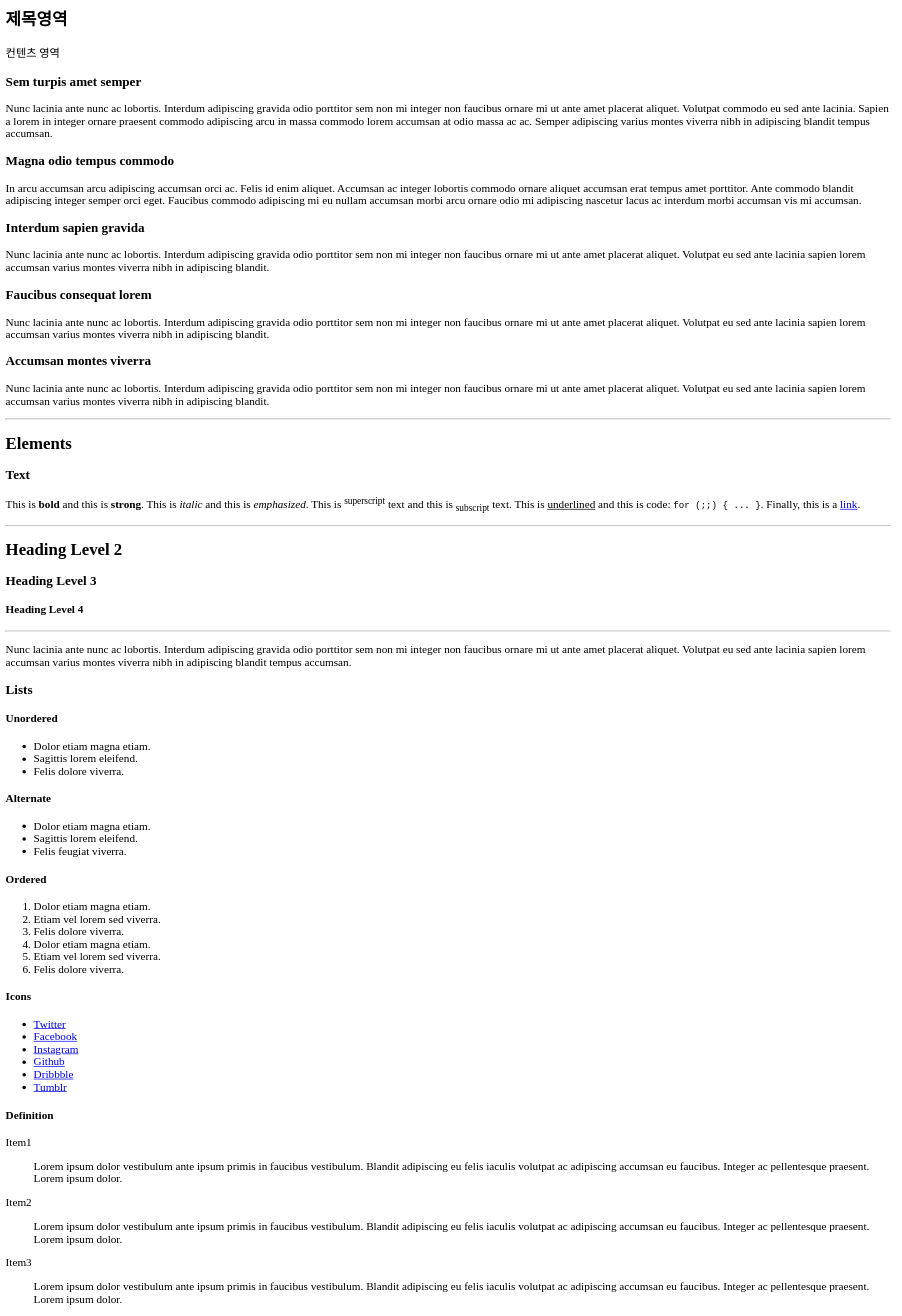
Repository: noCountJun/blog
Page: http://localhost/blogProject2/WEB-INF/views/board/boardDetail.jsp
The author's editor kept a copy of each file at every save. The page is drawn from the files as they stood at one save, then again after the next save.
The browser window is 1280 px wide. The page is 1288 px wide, so the pictures cover 1288 px, including what lies to the right of the window. The pictures show the part of the page from y = 0 to 1880 px (the page is 7660 px tall before and 7579 px after), at 70% of full size.
The page is served by Tomcat 9. Nobody is signed in. Other server files are loaded and not shown. The template is opened directly, without the code that normally fills it, so the values that code supplies are empty.

Above is the page before, as saved 2019-08-23 07:50:26.

### blogProject2/src/main/webapp/WEB-INF/views/board/boardDetail.jsp
<%@ page contentType="text/html; charset=utf-8" pageEncoding="utf-8"%>
<%@ taglib uri="http://java.sun.com/jsp/jstl/core" prefix="c" %>
<%@ page session="false" %>

<!-- Content -->
<section>

	<!-- Content -->
		<h2 id="content">제목영역</h2>

		<div class="box">
				컨텐츠 영역
		</div>

		<p/>

		<div class="row">
			<div class="col-6 col-12-small">
				<h3>Sem turpis amet semper</h3>
				<p>Nunc lacinia ante nunc ac lobortis. Interdum adipiscing gravida odio porttitor sem non mi integer non faucibus ornare mi ut ante amet placerat aliquet. Volutpat commodo eu sed ante lacinia. Sapien a lorem in integer ornare praesent commodo adipiscing arcu in massa commodo lorem accumsan at odio massa ac ac. Semper adipiscing varius montes viverra nibh in adipiscing blandit tempus accumsan.</p>
			</div>
			<div class="col-6 col-12-small">
				<h3>Magna odio tempus commodo</h3>
				<p>In arcu accumsan arcu adipiscing accumsan orci ac. Felis id enim aliquet. Accumsan ac integer lobortis commodo ornare aliquet accumsan erat tempus amet porttitor. Ante commodo blandit adipiscing integer semper orci eget. Faucibus commodo adipiscing mi eu nullam accumsan morbi arcu ornare odio mi adipiscing nascetur lacus ac interdum morbi accumsan vis mi accumsan.</p>
			</div>
			<!-- Break -->
			<div class="col-4 col-12-medium">
				<h3>Interdum sapien gravida</h3>
				<p>Nunc lacinia ante nunc ac lobortis. Interdum adipiscing gravida odio porttitor sem non mi integer non faucibus ornare mi ut ante amet placerat aliquet. Volutpat eu sed ante lacinia sapien lorem accumsan varius montes viverra nibh in adipiscing blandit.</p>
			</div>
			<div class="col-4 col-12-medium">
				<h3>Faucibus consequat lorem</h3>
				<p>Nunc lacinia ante nunc ac lobortis. Interdum adipiscing gravida odio porttitor sem non mi integer non faucibus ornare mi ut ante amet placerat aliquet. Volutpat eu sed ante lacinia sapien lorem accumsan varius montes viverra nibh in adipiscing blandit.</p>
			</div>
			<div class="col-4 col-12-medium">
				<h3>Accumsan montes viverra</h3>
				<p>Nunc lacinia ante nunc ac lobortis. Interdum adipiscing gravida odio porttitor sem non mi integer non faucibus ornare mi ut ante amet placerat aliquet. Volutpat eu sed ante lacinia sapien lorem accumsan varius montes viverra nibh in adipiscing blandit.</p>
			</div>
		</div>

	<hr class="major" />

	<!-- Elements -->
		<h2 id="elements">Elements</h2>
		<div class="row gtr-200">
			<div class="col-6 col-12-medium">

				<!-- Text stuff -->
					<h3>Text</h3>
					<p>This is <b>bold</b> and this is <strong>strong</strong>. This is <i>italic</i> and this is <em>emphasized</em>.
					This is <sup>superscript</sup> text and this is <sub>subscript</sub> text.
					This is <u>underlined</u> and this is code: <code>for (;;) { ... }</code>.
					Finally, this is a <a href="#">link</a>.</p>
					<hr />
					<h2>Heading Level 2</h2>
					<h3>Heading Level 3</h3>
					<h4>Heading Level 4</h4>
					<hr />
					<p>Nunc lacinia ante nunc ac lobortis. Interdum adipiscing gravida odio porttitor sem non mi integer non faucibus ornare mi ut ante amet placerat aliquet. Volutpat eu sed ante lacinia sapien lorem accumsan varius montes viverra nibh in adipiscing blandit tempus accumsan.</p>

				<!-- Lists -->
					<h3>Lists</h3>
					<div class="row">
						<div class="col-6 col-12-small">

							<h4>Unordered</h4>
							<ul>
								<li>Dolor etiam magna etiam.</li>
								<li>Sagittis lorem eleifend.</li>
								<li>Felis dolore viverra.</li>
							</ul>

							<h4>Alternate</h4>
							<ul class="alt">
								<li>Dolor etiam magna etiam.</li>
								<li>Sagittis lorem eleifend.</li>
								<li>Felis feugiat viverra.</li>
							</ul>

						</div>
						<div class="col-6 col-12-small">

							<h4>Ordered</h4>
							<ol>
								<li>Dolor etiam magna etiam.</li>
								<li>Etiam vel lorem sed viverra.</li>
								<li>Felis dolore viverra.</li>
								<li>Dolor etiam magna etiam.</li>
								<li>Etiam vel lorem sed viverra.</li>
								<li>Felis dolore viverra.</li>
							</ol>

							<h4>Icons</h4>
							<ul class="icons">
								<li><a href="#" class="icon brands fa-twitter"><span class="label">Twitter</span></a></li>
								<li><a href="#" class="icon brands fa-facebook-f"><span class="label">Facebook</span></a></li>
								<li><a href="#" class="icon brands fa-instagram"><span class="label">Instagram</span></a></li>
								<li><a href="#" class="icon brands fa-github"><span class="label">Github</span></a></li>
								<li><a href="#" class="icon brands fa-dribbble"><span class="label">Dribbble</span></a></li>
								<li><a href="#" class="icon brands fa-tumblr"><span class="label">Tumblr</span></a></li>
							</ul>

						</div>
					</div>
					<h4>Definition</h4>
					<dl>
						<dt>Item1</dt>
						<dd>
							<p>Lorem ipsum dolor vestibulum ante ipsum primis in faucibus vestibulum. Blandit adipiscing eu felis iaculis volutpat ac adipiscing accumsan eu faucibus. Integer ac pellentesque praesent. Lorem ipsum dolor.</p>
						</dd>
						<dt>Item2</dt>
						<dd>
							<p>Lorem ipsum dolor vestibulum ante ipsum primis in faucibus vestibulum. Blandit adipiscing eu felis iaculis volutpat ac adipiscing accumsan eu faucibus. Integer ac pellentesque praesent. Lorem ipsum dolor.</p>
						</dd>
						<dt>Item3</dt>
						<dd>
							<p>Lorem ipsum dolor vestibulum ante ipsum primis in faucibus vestibulum. Blandit adipiscing eu felis iaculis volutpat ac adipiscing accumsan eu faucibus. Integer ac pellentesque praesent. Lorem ipsum dolor.</p>
						</dd>
					</dl>

					<h4>Actions</h4>
					<ul class="actions">
						<li><a href="#" class="button primary">Default</a></li>
						<li><a href="#" class="button">Default</a></li>
					</ul>
					<ul class="actions small">
						<li><a href="#" class="button primary small">Small</a></li>
						<li><a href="#" class="button small">Small</a></li>
					</ul>
					<div class="row">
						<div class="col-6 col-12-small">
							<ul class="actions stacked">
								<li><a href="#" class="button primary">Default</a></li>
								<li><a href="#" class="button">Default</a></li>
							</ul>
						</div>
						<div class="col-6 col-12-small">
							<ul class="actions stacked">
								<li><a href="#" class="button primary small">Small</a></li>
								<li><a href="#" class="button small">Small</a></li>
							</ul>
						</div>
						<div class="col-6 col-12-small">
							<ul class="actions stacked">
								<li><a href="#" class="button primary fit">Default</a></li>
								<li><a href="#" class="button fit">Default</a></li>
							</ul>
						</div>
						<div class="col-6 col-12-small">
							<ul class="actions stacked">
								<li><a href="#" class="button primary small fit">Small</a></li>
								<li><a href="#" class="button small fit">Small</a></li>
							</ul>
						</div>
					</div>

					<h4>Pagination</h4>
					<ul class="pagination">
						<li><span class="button disabled">Prev</span></li>
						<li><a href="#" class="page active">1</a></li>
						<li><a href="#" class="page">2</a></li>
						<li><a href="#" class="page">3</a></li>
						<li><span>&hellip;</span></li>
						<li><a href="#" class="page">8</a></li>
						<li><a href="#" class="page">9</a></li>
						<li><a href="#" class="page">10</a></li>
						<li><a href="#" class="button">Next</a></li>
					</ul>

				<!-- Blockquote -->
					<h3>Blockquote</h3>
					<blockquote>Lorem ipsum dolor vestibulum ante ipsum primis in faucibus vestibulum. Blandit adipiscing eu felis iaculis volutpat ac adipiscing accumsan eu faucibus. Integer ac pellentesque praesent. Lorem ipsum dolor. Lorem ipsum dolor vestibulum ante ipsum primis in faucibus vestibulum. Blandit adipiscing eu felis iaculis volutpat ac adipiscing accumsan eu faucibus.</blockquote>

				<!-- Table -->
					<h3>Table</h3>

					<h4>Default</h4>
					<div class="table-wrapper">
						<table>
							<thead>
								<tr>
									<th>Name</th>
									<th>Description</th>
									<th>Price</th>
								</tr>
							</thead>
							<tbody>
								<tr>
									<td>Item1</td>
									<td>Ante turpis integer aliquet porttitor.</td>
									<td>29.99</td>
								</tr>
								<tr>
									<td>Item2</td>
									<td>Vis ac commodo adipiscing arcu aliquet.</td>
									<td>19.99</td>
								</tr>
								<tr>
									<td>Item3</td>
									<td> Morbi faucibus arcu accumsan lorem.</td>
									<td>29.99</td>
								</tr>
								<tr>
									<td>Item4</td>
									<td>Vitae integer tempus condimentum.</td>
									<td>19.99</td>
								</tr>
								<tr>
									<td>Item5</td>
									<td>Ante turpis integer aliquet porttitor.</td>
									<td>29.99</td>
								</tr>
							</tbody>
							<tfoot>
								<tr>
									<td colspan="2"></td>
									<td>100.00</td>
								</tr>
							</tfoot>
						</table>
					</div>

					<h4>Alternate</h4>
					<div class="table-wrapper">
						<table class="alt">
							<thead>
								<tr>
									<th>Name</th>
									<th>Description</th>
									<th>Price</th>
								</tr>
							</thead>
							<tbody>
								<tr>
									<td>Item1</td>
									<td>Ante turpis integer aliquet porttitor.</td>
									<td>29.99</td>
								</tr>
								<tr>
									<td>Item2</td>
									<td>Vis ac commodo adipiscing arcu aliquet.</td>
									<td>19.99</td>
								</tr>
								<tr>
									<td>Item3</td>
									<td> Morbi faucibus arcu accumsan lorem.</td>
									<td>29.99</td>
								</tr>
								<tr>
									<td>Item4</td>
									<td>Vitae integer tempus condimentum.</td>
									<td>19.99</td>
								</tr>
								<tr>
									<td>Item5</td>
									<td>Ante turpis integer aliquet porttitor.</td>
									<td>29.99</td>
								</tr>
							</tbody>
							<tfoot>
								<tr>
									<td colspan="2"></td>
									<td>100.00</td>
								</tr>
							</tfoot>
						</table>
					</div>

			</div>
			<div class="col-6 col-12-medium">

				<!-- Buttons -->
					<h3>Buttons</h3>
					<ul class="actions">
						<li><a href="#" class="button primary">Primary</a></li>
						<li><a href="#" class="button">Default</a></li>
					</ul>
					<ul class="actions">
						<li><a href="#" class="button large">Large</a></li>
						<li><a href="#" class="button">Default</a></li>
						<li><a href="#" class="button small">Small</a></li>
					</ul>
					<ul class="actions">
						<li><a href="#" class="button primary large">Large</a></li>
						<li><a href="#" class="button primary">Default</a></li>
						<li><a href="#" class="button primary small">Small</a></li>
					</ul>
					<ul class="actions fit">
						<li><a href="#" class="button primary fit">Fit</a></li>
						<li><a href="#" class="button fit">Fit</a></li>
					</ul>
					<ul class="actions fit small">
						<li><a href="#" class="button primary fit small">Fit + Small</a></li>
						<li><a href="#" class="button fit small">Fit + Small</a></li>
					</ul>
					<ul class="actions">
						<li><a href="#" class="button primary icon solid fa-search">Icon</a></li>
						<li><a href="#" class="button icon solid fa-download">Icon</a></li>
					</ul>
					<ul class="actions">
						<li><span class="button primary disabled">Primary</span></li>
						<li><span class="button disabled">Default</span></li>
					</ul>

				<!-- Form -->
					<h3>Form</h3>

					<form method="post" action="#">
						<div class="row gtr-uniform">
							<div class="col-6 col-12-xsmall">
								<input type="text" name="demo-name" id="demo-name" value="" placeholder="Name" />
							</div>
							<div class="col-6 col-12-xsmall">
								<input type="email" name="demo-email" id="demo-email" value="" placeholder="Email" />
							</div>
							<!-- Break -->
							<div class="col-12">
								<select name="demo-category" id="demo-category">
									<option value="">- Category -</option>
									<option value="1">Manufacturing</option>
									<option value="1">Shipping</option>
									<option value="1">Administration</option>
									<option value="1">Human Resources</option>
								</select>
							</div>
							<!-- Break -->
							<div class="col-4 col-12-small">
								<input type="radio" id="demo-priority-low" name="demo-priority" checked>
								<label for="demo-priority-low">Low</label>
							</div>
							<div class="col-4 col-12-small">
								<input type="radio" id="demo-priority-normal" name="demo-priority">
								<label for="demo-priority-normal">Normal</label>
							</div>
							<div class="col-4 col-12-small">
								<input type="radio" id="demo-priority-high" name="demo-priority">
								<label for="demo-priority-high">High</label>
							</div>
							<!-- Break -->
							<div class="col-6 col-12-small">
								<input type="checkbox" id="demo-copy" name="demo-copy">
								<label for="demo-copy">Email me a copy</label>
							</div>
							<div class="col-6 col-12-small">
								<input type="checkbox" id="demo-human" name="demo-human" checked>
								<label for="demo-human">I am a human</label>
							</div>
							<!-- Break -->
							<div class="col-12">
								<textarea name="demo-message" id="demo-message" placeholder="Enter your message" rows="6"></textarea>
							</div>
							<!-- Break -->
							<div class="col-12">
								<ul class="actions">
									<li><input type="submit" value="Send Message" class="primary" /></li>
									<li><input type="reset" value="Reset" /></li>
								</ul>
							</div>
						</div>
					</form>

				<!-- Image -->
					<h3>Image</h3>

					<h4>Fit</h4>
					<span class="image fit"><img src="images/pic11.jpg" alt="" /></span>
					<div class="box alt">
						<div class="row gtr-50 gtr-uniform">
							<div class="col-4"><span class="image fit"><img src="images/pic01.jpg" alt="" /></span></div>
							<div class="col-4"><span class="image fit"><img src="images/pic02.jpg" alt="" /></span></div>
							<div class="col-4"><span class="image fit"><img src="images/pic03.jpg" alt="" /></span></div>
							<!-- Break -->
							<div class="col-4"><span class="image fit"><img src="images/pic03.jpg" alt="" /></span></div>
							<div class="col-4"><span class="image fit"><img src="images/pic01.jpg" alt="" /></span></div>
							<div class="col-4"><span class="image fit"><img src="images/pic02.jpg" alt="" /></span></div>
							<!-- Break -->
							<div class="col-4"><span class="image fit"><img src="images/pic02.jpg" alt="" /></span></div>
							<div class="col-4"><span class="image fit"><img src="images/pic03.jpg" alt="" /></span></div>
							<div class="col-4"><span class="image fit"><img src="images/pic01.jpg" alt="" /></span></div>
						</div>
					</div>

					<h4>Left &amp; Right</h4>
					<p><span class="image left"><img src="images/pic01.jpg" alt="" /></span>Lorem ipsum dolor sit accumsan interdum nisi, quis tincidunt felis sagittis eget. tempus euismod. Vestibulum ante ipsum primis in faucibus vestibulum. Blandit adipiscing eu felis iaculis volutpat ac adipiscing accumsan eu faucibus. Integer ac pellentesque praesent tincidunt felis sagittis eget. tempus euismod. Vestibulum ante ipsum primis sagittis eget. tempus euismod. Vestibulum ante ipsum primis in faucibus vestibulum. Blandit adipiscing eu felis iaculis volutpat ac adipiscing accumsan eu faucibus. Integer ac pellentesque praesent.</p>
					<p><span class="image right"><img src="images/pic02.jpg" alt="" /></span>Lorem ipsum dolor sit accumsan interdum nisi, quis tincidunt felis sagittis eget. tempus euismod. Vestibulum ante ipsum primis in faucibus vestibulum. Blandit adipiscing eu felis iaculis volutpat ac adipiscing accumsan eu faucibus. Integer ac pellentesque praesent tincidunt felis sagittis eget. tempus euismod. Vestibulum ante ipsum primis sagittis eget. tempus euismod. Vestibulum ante ipsum primis in faucibus vestibulum. Blandit adipiscing eu felis iaculis volutpat ac adipiscing accumsan eu faucibus. Integer ac pellentesque praesent.</p>

				<!-- Box -->
					<h3>Box</h3>
					<div class="box">
						<p>Felis sagittis eget tempus primis in faucibus vestibulum. Blandit adipiscing eu felis iaculis volutpat ac adipiscing accumsan eu faucibus. Integer ac pellentesque praesent tincidunt felis sagittis eget. tempus euismod. Magna sed etiam ante ipsum primis in faucibus vestibulum.</p>
					</div>

				<!-- Preformatted Code -->
					<h3>Preformatted</h3>
					<pre><code>i = 0;

while (!deck.isInOrder()) {
    print 'Iteration ' + i;
    deck.shuffle();
    i++;
}

print 'It took ' + i + ' iterations to sort the deck.';
</code></pre>

			</div>
		</div>

</section>

After the next save:
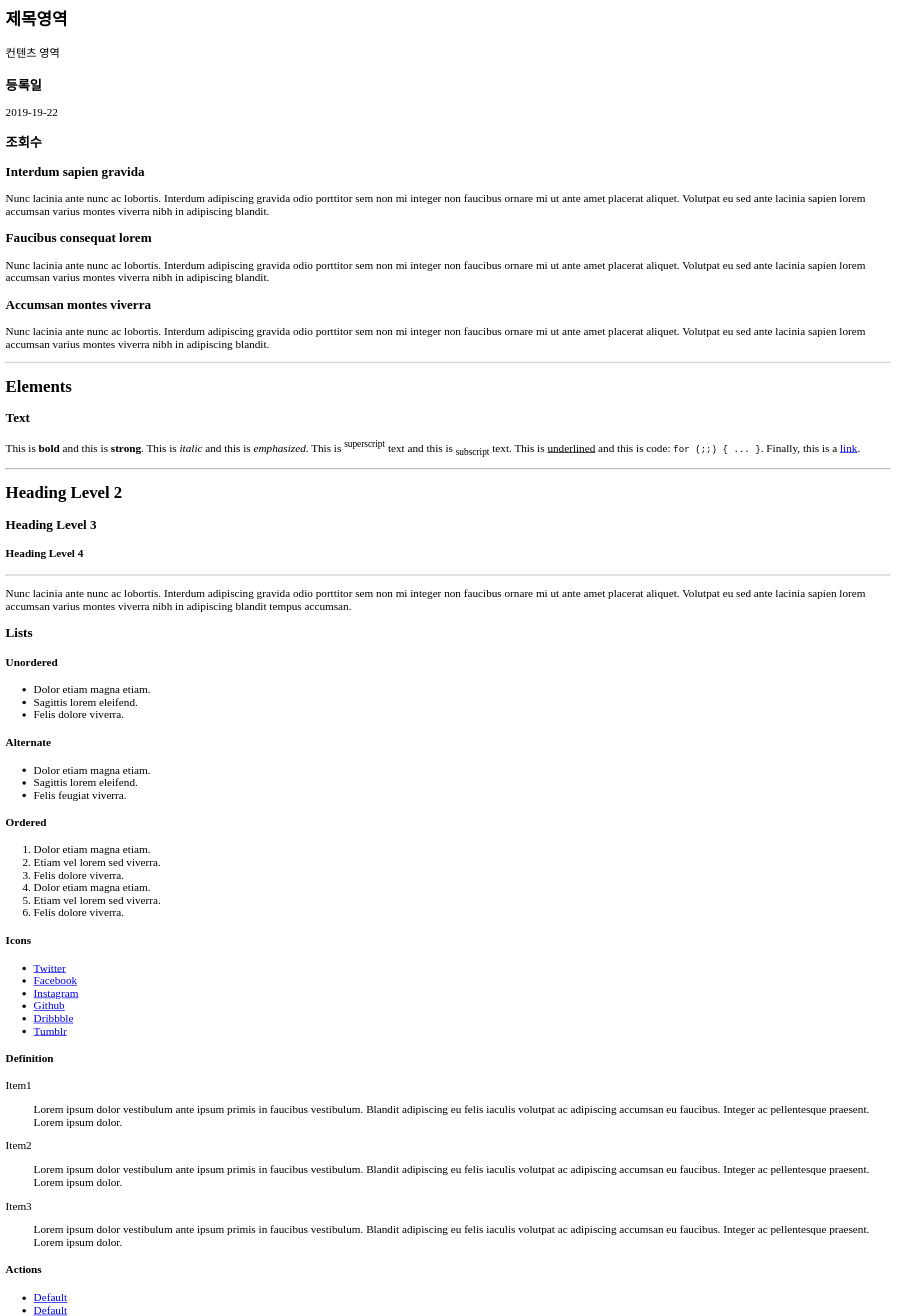
Saved 72 s later.
--- a/blogProject2/src/main/webapp/WEB-INF/views/board/boardDetail.jsp
+++ b/blogProject2/src/main/webapp/WEB-INF/views/board/boardDetail.jsp
@@ -16,12 +16,12 @@
 
 		<div class="row">
 			<div class="col-6 col-12-small">
-				<h3>Sem turpis amet semper</h3>
-				<p>Nunc lacinia ante nunc ac lobortis. Interdum adipiscing gravida odio porttitor sem non mi integer non faucibus ornare mi ut ante amet placerat aliquet. Volutpat commodo eu sed ante lacinia. Sapien a lorem in integer ornare praesent commodo adipiscing arcu in massa commodo lorem accumsan at odio massa ac ac. Semper adipiscing varius montes viverra nibh in adipiscing blandit tempus accumsan.</p>
+				<h3>등록일</h3>
+				<p>2019-19-22</p>
 			</div>
 			<div class="col-6 col-12-small">
-				<h3>Magna odio tempus commodo</h3>
-				<p>In arcu accumsan arcu adipiscing accumsan orci ac. Felis id enim aliquet. Accumsan ac integer lobortis commodo ornare aliquet accumsan erat tempus amet porttitor. Ante commodo blandit adipiscing integer semper orci eget. Faucibus commodo adipiscing mi eu nullam accumsan morbi arcu ornare odio mi adipiscing nascetur lacus ac interdum morbi accumsan vis mi accumsan.</p>
+				<h3>조회수</h3>
+				<p></p>
 			</div>
 			<!-- Break -->
 			<div class="col-4 col-12-medium">
